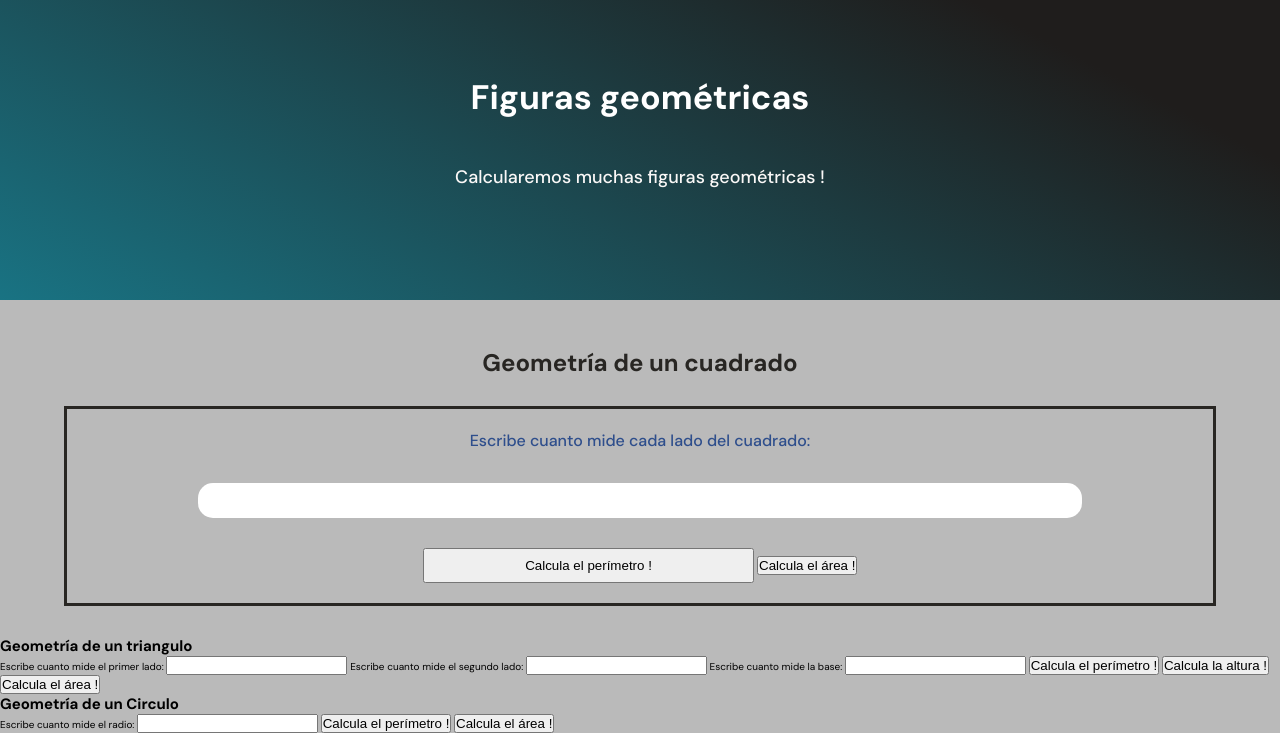
Repository: ChristianGecchelin/javascript-project
Page: javascript-project/figuras-geometricas/figuras.html
The author's editor kept a copy of each file at every save. The page is drawn from the files as they stood at one save, then again after the next save.
The browser window is 1280 px wide. The pictures show the whole page.

Above is the page before, as saved 2021-12-01 23:51:21.

### javascript-project/figuras-geometricas/figuras.html
<!DOCTYPE html>
<html lang="en">
  <head>
    <meta charset="UTF-8" />
    <meta http-equiv="X-UA-Compatible" content="IE=edge" />
    <meta name="viewport" content="width=device-width, initial-scale=1.0" />
    <title>Figuras geométricas | Proyecto 1</title>
    <link rel="preconnect" href="https://fonts.googleapis.com" />
    <link rel="preconnect" href="https://fonts.gstatic.com" crossorigin />
    <link
      href="https://fonts.googleapis.com/css2?family=DM+Sans:wght@400;500;700&family=Inter:wght@300;500&display=swap"
      rel="stylesheet"
    />
    <link rel="stylesheet" href="./style.css" />
  </head>
  <body>
    <header>
      <div class="header--title-container">
        <h1>Figuras geométricas</h1>
        <p>Calcularemos muchas figuras geométricas !</p>
      </div>
    </header>
    <main>
      <section class="main-calculadora-contenedor">
        <h2 class="main-calculadora-contenedor--title">
          Geometría de un cuadrado
        </h2>
        <div class="main-calculadora-form-contenedor">
          <form action="">
            <label class="form--label-input" for=""
              >Escribe cuanto mide cada lado del cuadrado:</label
            >
            <input class="form--input" type="number" id="inputCuadrado" />
            <button
              class="form--input-boton"
              type="button"
              onclick="calcularPerimetroCuadrado()"
            >
              Calcula el perímetro !
            </button>
            <button type="button" onclick="calcularAreaCuadrado()">
              Calcula el área !
            </button>
            <!-- type button, para quitarle el submit por defecto y que no me redireccione a ningun lado -->
          </form>
        </div>
      </section>
      <section>
        <h2>Geometría de un triangulo</h2>
        <form action="">
          <label for="">Escribe cuanto mide el primer lado:</label>
          <input type="number" id="inputLado1" />
          <label for="">Escribe cuanto mide el segundo lado:</label>
          <input type="number" id="inputLado2" />
          <label for="">Escribe cuanto mide la base:</label>
          <input type="number" id="inputBase" />
          <button type="button" onclick="calcularPerimetroTriangulo()">
            Calcula el perímetro !
          </button>
          <button type="button" onclick="calcularAlturaTriangulo()">
            Calcula la altura !
          </button>
          <button type="button" onclick="calcularAreaTriangulo()">
            Calcula el área !
          </button>
          <!-- type button, para quitarle el submit por defecto y que no me redireccione a ningun lado -->
        </form>
      </section>
      <section>
        <h2>Geometría de un Circulo</h2>
        <form action="">
          <label for="">Escribe cuanto mide el radio:</label>
          <input type="number" id="inputRadio" />
          <button type="button" onclick="calcularPerimetroCirculo()">
            Calcula el perímetro !
          </button>
          <button type="button" onclick="calcularAreaCirculo()">
            Calcula el área !
          </button>
          <!-- type button, para quitarle el submit por defecto y que no me redireccione a ningun lado -->
        </form>
      </section>
    </main>
    <script src="./figurasConFunciones.js"></script>
  </body>
</html>

### javascript-project/figuras-geometricas/style.css
:root {
  --Dark-lightblue: #197383;
  --soft-orange: #ffe9d5;
  --secondary-blue: #1a9af7;
  --soft-blue: #e7f5ff;
  --warm-black: #201e1c;
  --black: #282623;
  --grey: #bababa;
  --off-white: #faf8f7;
  --just-white: #fff;
}
* {
  box-sizing: border-box;
  margin: 0;
  padding: 0;
}
html {
  font-size: 62.5%;
  font-family: "DM Sans", sans-serif;
}
header {
  position: relative;
  display: flex;
  flex-direction: column;
  justify-content: center;
  width: 100%;
  min-width: 320px;
  height: 300px;
  text-align: center;
  background: linear-gradient(207.8deg, #1f1d1c 16.69%, #197383 100%);
}
header .header--title-container {
  width: 90%;
  min-width: 288px;
  max-width: 900px;
  height: 200px;
  text-align: center;
  align-self: center;
}
header .header--title-container h1 {
  margin-top: 30px;
  margin-bottom: 50px;
  font-size: 3.4rem;
  font-weight: 700;
  line-height: 3.6rem;
  color: var(--just-white);
}
header .header--title-container p {
  font-size: 1.8rem;
  font-weight: 500;
  line-height: 2.2rem;
  color: var(--off-white);
}
main {
  width: 100%;
  height: auto;
  background-color: var(--grey);
  min-width: 320px;
}
.main-calculadora-contenedor {
  width: 90%;
  min-width: 280px;
  height: auto;
  margin: 0 auto;
  padding-top: 50px;
  padding-bottom: 30px;
  text-align: center;
}
.main-calculadora-contenedor--title {
  margin-bottom: 30px;
  font-size: 2.4rem;
  font-weight: 700;
  line-height: 2.6rem;
  color: var(--black);
}
.main-calculadora-form-contenedor {
  display: flex;
  flex-direction: column;
  justify-content: center;
  height: auto;
  border: 3px solid var(--black);
  padding: 20px 20px;
}
.main-calculadora-form-contenedor .form--label-input {
  display: block;
  font-size: 1.6rem;
  font-weight: 500;
  line-height: 2.4rem;
  color: rgba(34, 68, 136, 0.92);
}
.main-calculadora-form-contenedor .form--input {
  display: block;
  width: 80%;
  height: 35px;
  margin: 30px auto;
  border: none;
  border-radius: 15px;
  text-align: center;
  font-size: 2rem;
  font-weight: 500;
}
.main-calculadora-form-contenedor .form--input:focus {
  border: 5px solid var(--Dark-lightblue);
  width: 85%;
  border-radius: 15px;
}
.main-calculadora-form-contenedor .form--input-boton {
  width: 30%;
  height: 35px;
}

### javascript-project/figuras-geometricas/figurasConFunciones.js
/* Codigo del cuadrado */
console.group("Cuadrado");
function perimetroCuadrado(lado) {
  return lado * 4;
}
/* console.log(`Perimetro del cuadrado es: ${perimetroCuadrado} cm.`); */
function areaCuadrado(lado) {
  return (
    lado ** 2
  ); /* debe estar escrito de igual manera el parametro que el return */
}

/* console.log(`El area del cuadrado es: ${areaCuadrado} cm^2.`); */
console.groupEnd();

/* Codigo del triangulo */
console.group("Triangulo");

function perimetroTriangulo(lado1, lado2, base) {
  return lado1 + lado2 + base;
}
function calcularAltura(lado1, lado2, lado3) {
  let ladosIguales;
  let ladoBase;
  let altura;

  if (
    lado1 + lado2 <= lado3 ||
    lado1 + lado3 <= lado2 ||
    lado2 + lado3 <= lado1
  ) {
    alert(
      "En un triangulo la base no puede ser mayor a la suma de sus catetos"
    );
  } else {
    switch (true) {
      case lado1 === lado2:
        ladosIguales = lado1;
        ladoBase = lado3;
        break;
      case lado1 === lado3:
        ladosIguales = lado1;
        ladoBase = lado2;
        break;
      case lado3 === lado2:
        ladosIguales = lado2;
        ladoBase = lado1;
        break;
    }
    if (!ladosIguales) {
      alert("Tu triangulo no es isosceles, ingresa la altura");
    } else {
      altura = Math.sqrt(ladosIguales ** 2 - ladoBase ** 2 / 4);
    }
  }
  return ladosIguales, ladoBase, altura;
}
function areaTriangulo(ladoBase, altura) {
  return (
    (ladoBase * altura) / 2
  ); /* tengo que llamar a la funcion altura para pasarle el dato */
}
console.groupEnd();

//Codigo Circulo
console.group("Circulo");
function diametroCirculo(radio) {
  return radio * 2;
}
const pi = Math.PI;
function circunferencia(radio) {
  const diametro = diametroCirculo(radio);
  /* llamo a una funcion dentro de otra y creo una variable que tiene alcance local */
  return diametro * pi;
}
function superficieCirculo(radio) {
  return pi * radio ** 2;
}

console.groupEnd();
/* Creo una funcion, que a traves del id obtengo lo que el usuario ingreso en el input. y con eso le saco el value que le paso
a la funcion que cree antes y es la encargada de hacer el calculo para luego mostrarse en un aler */
function calcularPerimetroCuadrado() {
  const input = document.getElementById("inputCuadrado");
  const value = input.value;
  const perimetro = perimetroCuadrado(value);
  alert(perimetro);
}
function calcularAreaCuadrado() {
  const input = document.getElementById("inputCuadrado");
  const value = input.value;
  const area = areaCuadrado(value);
  alert(area);
}

function calcularPerimetroTriangulo() {
  const inputLado1 = document.getElementById("inputLado1");
  const valueLado1 = Number(inputLado1.value);
  const inputLado2 = document.getElementById("inputLado2");
  const valueLado2 = Number(inputLado2.value);
  const inputBase = document.getElementById("inputBase");
  const valueBase = Number(inputBase.value);
  /* Es importante ponerle number porque por mas que el input tenga type number, este lo transforma como un string */
  const perimetro = perimetroTriangulo(valueLado1, valueLado2, valueBase);
  alert(perimetro);
}

function calcularAlturaTriangulo() {
  const inputLado1 = document.getElementById("inputLado1");
  const valueLado1 = Number(inputLado1.value);
  const inputLado2 = document.getElementById("inputLado2");
  const valueLado2 = Number(inputLado2.value);
  const inputBase = document.getElementById("inputBase");
  const valueBase = Number(inputBase.value);
  const alturaTriangulo = calcularAltura(valueLado1, valueLado2, valueBase);
  alert(alturaTriangulo);
}

function calcularAreaTriangulo() {
  /* const inputAltura = document.getElementById("inputAltura");
  const valueAltura = Number(inputAltura.value);
  const inputBase = document.getElementById("inputBase");
  const valueBase = inputBase.value;
  const area = areaTriangulo(valueAltura, valueBase);
  alert(area); */
  const inputLado1 = document.getElementById("inputLado1");
  const valueLado1 = Number(inputLado1.value);
  const inputLado2 = document.getElementById("inputLado2");
  const valueLado2 = Number(inputLado2.value);
  const inputBase = document.getElementById("inputBase");
  const valueBase = Number(inputBase.value);
  const altura = calcularAltura(valueLado1, valueLado2, valueBase);
  const area = areaTriangulo(valueBase, altura);
  alert(area);
}

function calcularPerimetroCirculo() {
  const inputRadio = document.getElementById("inputRadio");
  const valueRadio = inputRadio.value;
  const perimetro = circunferencia(valueRadio);
  alert(perimetro);
}
function calcularAreaCirculo() {
  const inputRadio = document.getElementById("inputRadio");
  const valueRadio = inputRadio.value;
  const superficie = superficieCirculo(valueRadio);
  alert(superficie);
}

After the next save:
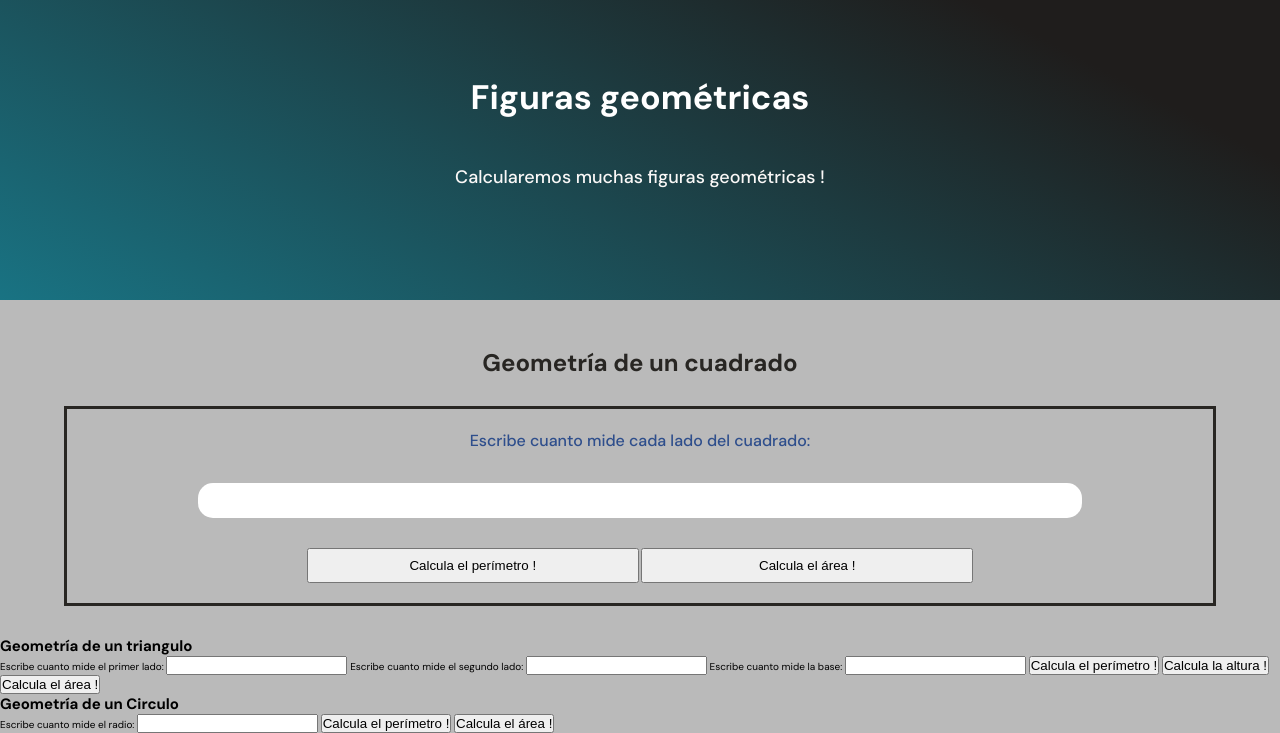
Saved 97 s later.
--- a/javascript-project/figuras-geometricas/figuras.html
+++ b/javascript-project/figuras-geometricas/figuras.html
@@ -38,7 +38,11 @@
             >
               Calcula el perímetro !
             </button>
-            <button type="button" onclick="calcularAreaCuadrado()">
+            <button
+              class="form--input-boton"
+              type="button"
+              onclick="calcularAreaCuadrado()"
+            >
               Calcula el área !
             </button>
             <!-- type button, para quitarle el submit por defecto y que no me redireccione a ningun lado -->
